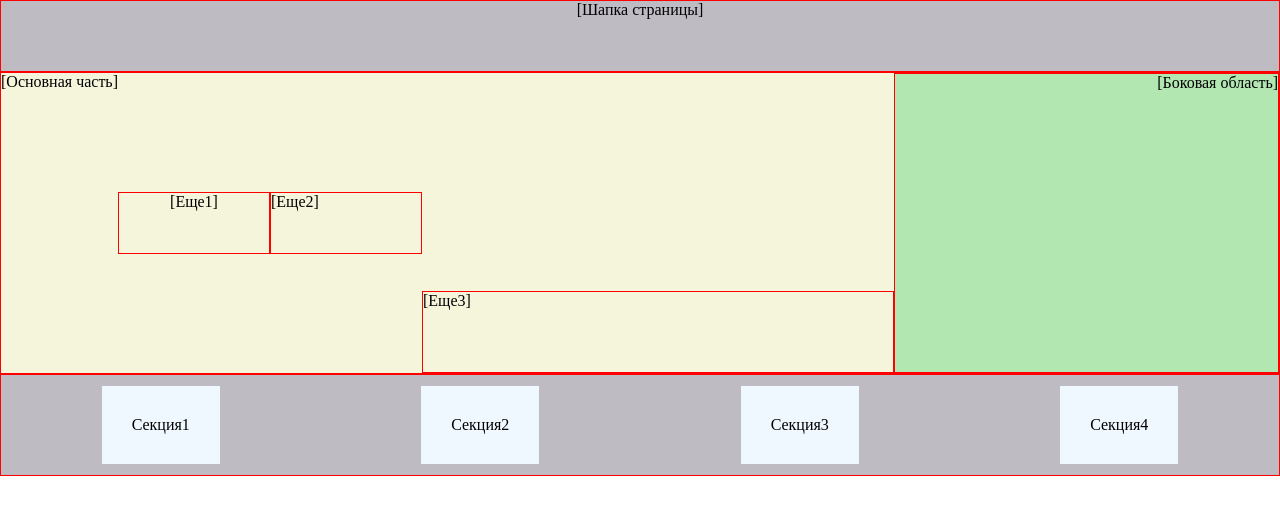
Repository: IrinaGetmanenko/week5
Page: week5/index.html
These files come from the project's save history. The page is drawn as it stood at one moment and after the next save; the edit follows.
The browser window is 1280 px wide. The pictures show the whole page.

Above is the page before, as saved 2022-08-28 20:21:29.

After the next save:
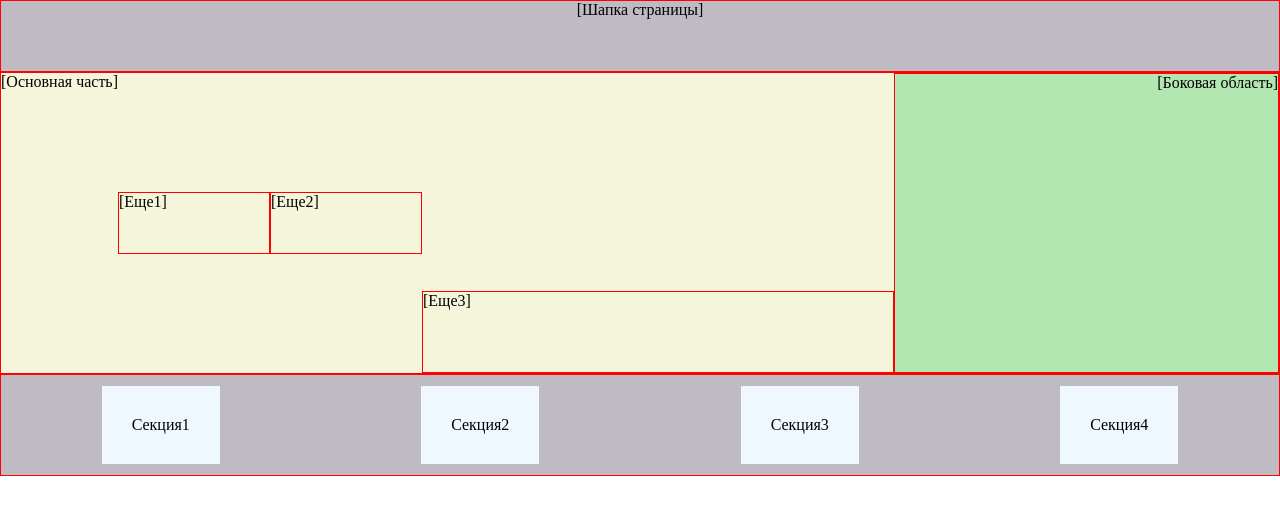
Saved 15 s later.
--- a/week5/index.html
+++ b/week5/index.html
@@ -34,7 +34,6 @@
     .section1{
         display: flex;
         border: 1px solid red;
-        justify-content:space-around;
         align-self: center;
         height: 20%;
         width:  150px;
